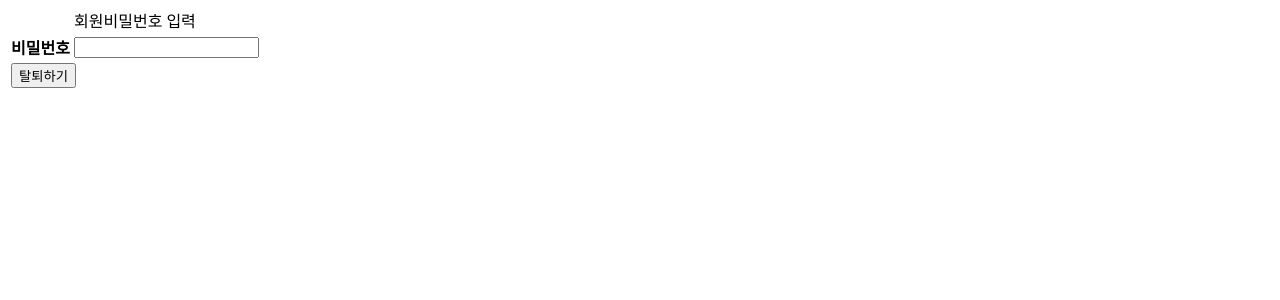
Repository: LucestDail/jdbcWorkspace
Page: http://localhost/jdbcProject/model1/member/deleteForm.jsp
An editor plug-in stored every save of this project. The page is shown before and after the next save, followed by the edit.
The browser window is 1280 px wide. The pictures show the whole page.
The page is served by Tomcat 9.

Above is the page before, as saved 2020-11-18 06:55:06.
Console error: TypeError: location.href is not a function

After the next save:
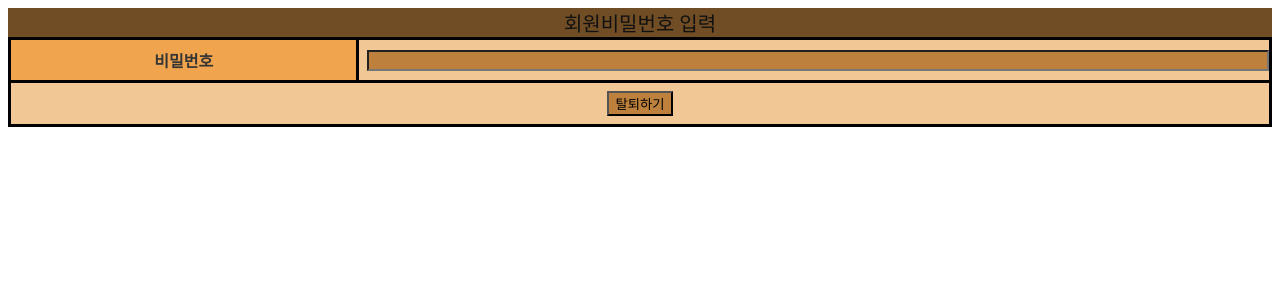
Saved 30 s later.
--- a/jdbcProject/WebContent/model1/member/deleteForm.jsp
+++ b/jdbcProject/WebContent/model1/member/deleteForm.jsp
@@ -5,6 +5,7 @@
 <head>
 <meta charset="EUC-KR">
 <title>Insert title here</title>
+<link rel = "stylesheet" href = "../../css/main.css">
 </head>
 <body>
 <%
